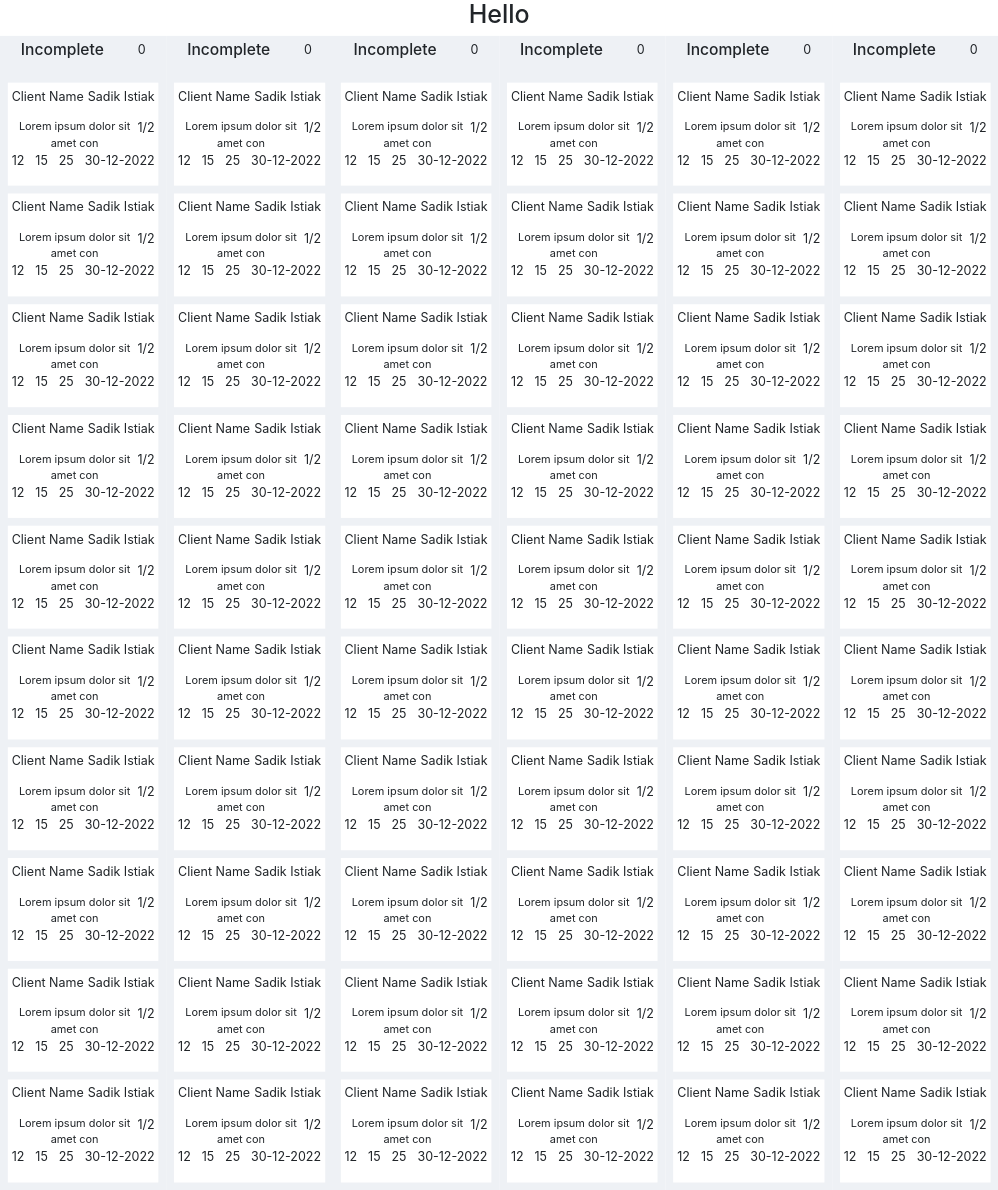
Repository: Sharif-00112/dashboard-task-frontend
Page: /
An editor plug-in stored every save of this project. The page is shown before and after the next save, followed by the edit.
The browser window is 1280 px wide. The pictures show the whole page, at 78% of full size.
The project was rebuilt for these pictures with package versions that can differ from the ones it lists, and the page was loaded fresh each time.

Above is the page before, as saved 2023-01-28 20:35:50.

After the next save:
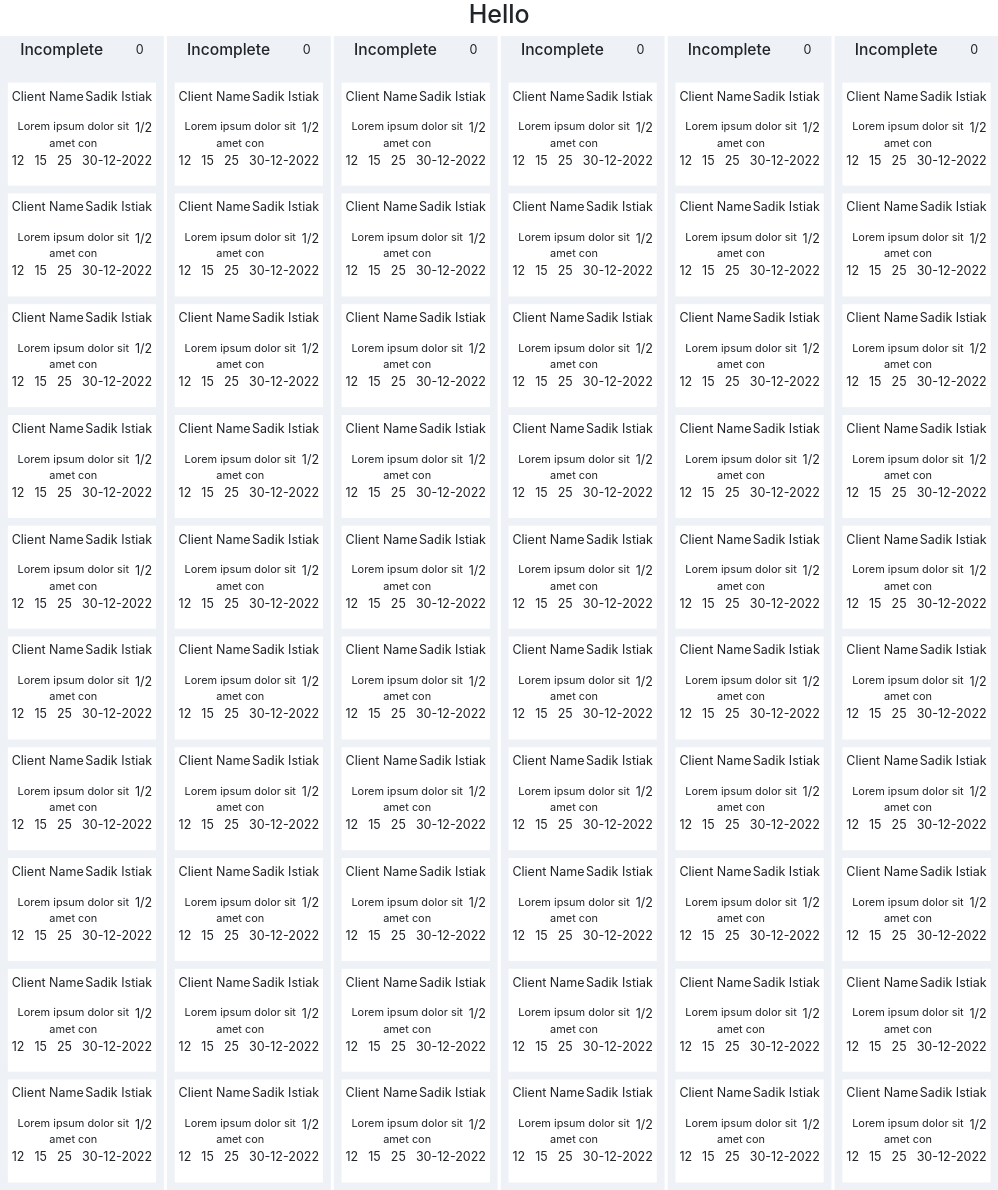
Saved 44 s later.
--- a/src/Components/styles.css
+++ b/src/Components/styles.css
@@ -22,4 +22,5 @@
 .dashboard{
     display: grid;
     grid-template-columns: 1fr 1fr 1fr 1fr 1fr 1fr;
+    grid-gap: 4px;
 }
